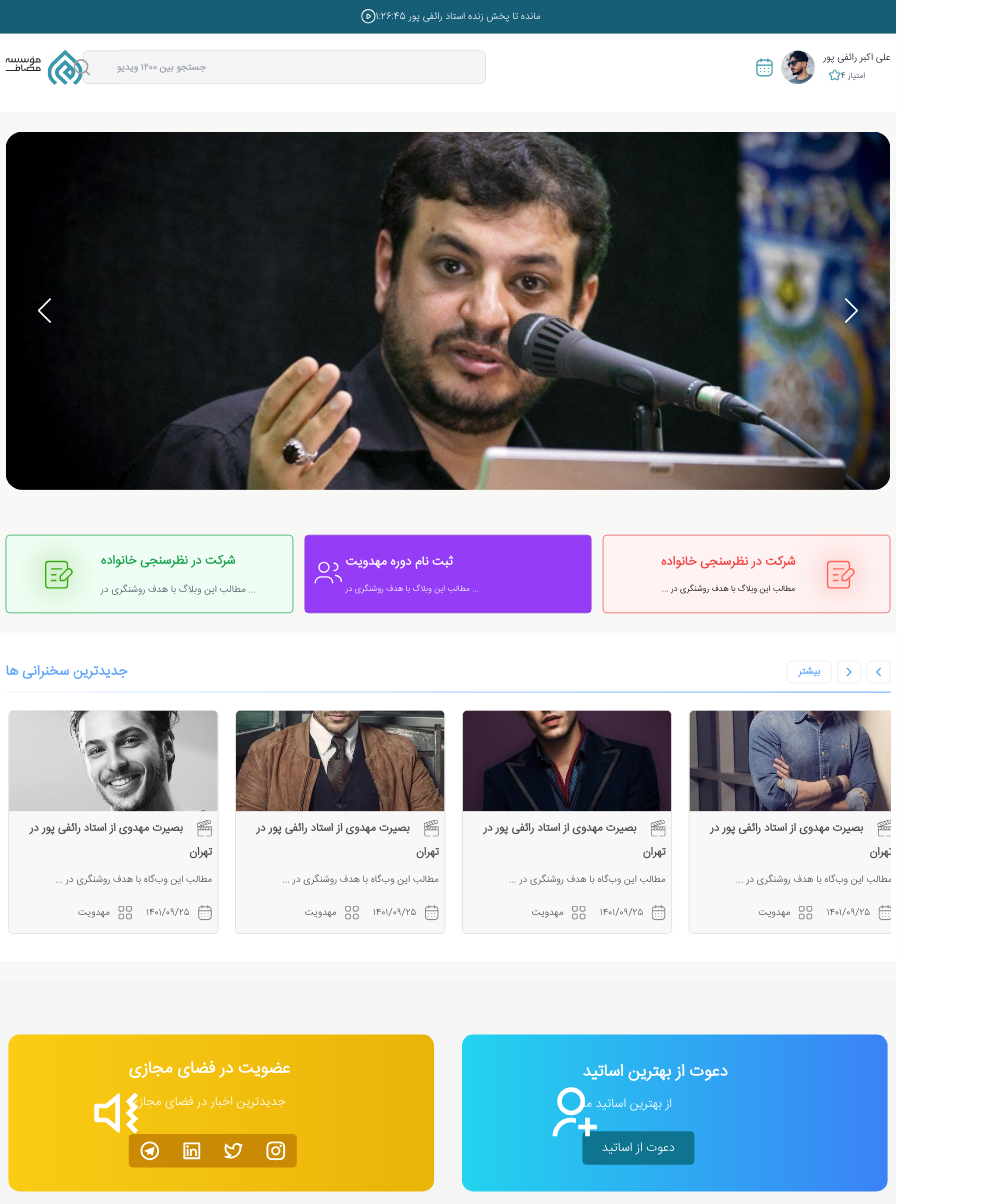
Repository: homan-tehrani/uiUserNative
Page: /
The author's editor kept a copy of each file at every save. The page is drawn from the files as they stood at one save, then again after a run of saves.
The browser window is 1280 px wide. The page is 1432 px wide, so the pictures cover 1432 px, including what lies to the right of the window. The pictures show the part of the page from y = 0 to 1720 px (the page is 5070 px tall before and 5134 px after), at 70% of full size.
The page's requests for data from a server got no answer. The project was rebuilt for these pictures with package versions that can differ from the ones it lists, and the page was loaded fresh each time. The framework's server and built-in components were replaced by stand-ins that run in the browser. No one was signed in, and anything a server would have sent is missing. Also part of the build but not shown: next.config.js, src/components/MenuForUnits.js, src/components/AccordionForUnits.js, src/components/MenuResponsive.js.

Above is the page before, as saved 2023-04-25 02:27:33.

### src/pages/_app.js
import Layoute from 'components/layout/Layoute'
import 'styles/globals.css'

export default function App({ Component, pageProps }) {
  return <Layoute>
    <Component {...pageProps} />
  </Layoute>
}

### src/pages/index.js
import Head from 'next/head';
import Layoute from '../components/layout/Layoute';
import Loading from '../components/loading';
import Slider from '../components/Slider';
import Album1 from '../components/Album1';
import Invitation from '../components/Invitation';
import Album2 from '../components/Album2';
import Description from '../components/Description';
import Album3 from '../components/Album3';
import Suggestion from '../components/Suggestion';
import { useEffect } from 'react';

export default function Home({ datas }) {
  return (
    <>
      <Head>
        <title>خانه</title>
        <meta
          name="description"
          content="Generated by create next app"
        />
        <meta
          name="viewport"
          content="width=device-width, initial-scale=1"
        />
        <link rel="icon" href="/favicon.ico" />
      </Head>
      <main className="bg-[#F8F8F6]">

        <>
          <Slider />
          <Album1 />
          <Invitation />
          <Album2 />
          <Description />
          <Album3 />
          <Suggestion />
        </>

      </main>
    </>
  );
}

// export async function getStaticProps(context){

//   const res = await fetch("https://nativecontent.sirafgroup.com/api/v1/tag/contentByTag/")
//   const data = await res.json(res)
//   console.log(data);

//   if (!data) {
//     return {
//       notFound: true,
//     }
//   }

//   return{
//     props: {

//     }
//   }

// }

### src/components/layout/Layoute.js
import React from "react";
import Header from "./Header";
import Fotter from "./Fotter";
import Speech from "../Speech";

export default function Layoute({ children , datas }) {
  return (
    <>
      <Header  />
      <div>{children}</div>
      <Speech />
      <Fotter datas={datas} />
    </>
  );
}

### src/styles/globals.css
@tailwind base;
@tailwind components;
@tailwind utilities;

@font-face {
    font-family: iransans;
    src: url("../../public/assets/fonts/iransans/irsans-l.woff");
}

html , body{
    font-family: iransans;
  }

.slider-master
.swiper-pagination-bullet{
  width: 14px;
  height: 14px;
  background-color: #3998AC;
}

.slider-master
.swiper-pagination-bullet-active {
  width: 60px;
  border-radius: 60px;
}

### src/components/loading.js
const Loading =()=> {
    return (
      <div className="w-full h-full flex justify-center items-center py-5">
        <svg aria-hidden="true" class="w-12 h-12 text-gray-200 animate-spin dark:text-gray-600 fill-cyan-600" viewBox="0 0 100 101" fill="none" xmlns="http://www.w3.org/2000/svg">
            <path d="M100 50.5908C100 78.2051 77.6142 100.591 50 100.591C22.3858 100.591 0 78.2051 0 50.5908C0 22.9766 22.3858 0.59082 50 0.59082C77.6142 0.59082 100 22.9766 100 50.5908ZM9.08144 50.5908C9.08144 73.1895 27.4013 91.5094 50 91.5094C72.5987 91.5094 90.9186 73.1895 90.9186 50.5908C90.9186 27.9921 72.5987 9.67226 50 9.67226C27.4013 9.67226 9.08144 27.9921 9.08144 50.5908Z" fill="currentColor"/>
            <path d="M93.9676 39.0409C96.393 38.4038 97.8624 35.9116 97.0079 33.5539C95.2932 28.8227 92.871 24.3692 89.8167 20.348C85.8452 15.1192 80.8826 10.7238 75.2124 7.41289C69.5422 4.10194 63.2754 1.94025 56.7698 1.05124C51.7666 0.367541 46.6976 0.446843 41.7345 1.27873C39.2613 1.69328 37.813 4.19778 38.4501 6.62326C39.0873 9.04874 41.5694 10.4717 44.0505 10.1071C47.8511 9.54855 51.7191 9.52689 55.5402 10.0491C60.8642 10.7766 65.9928 12.5457 70.6331 15.2552C75.2735 17.9648 79.3347 21.5619 82.5849 25.841C84.9175 28.9121 86.7997 32.2913 88.1811 35.8758C89.083 38.2158 91.5421 39.6781 93.9676 39.0409Z" fill="currentFill"/>
        </svg>
      </div>
    );
  }

  export default Loading;

### src/components/Slider.js
import React, { useEffect, useState } from "react";
import { Swiper, SwiperSlide } from "swiper/react";
import { Navigation, EffectFade, Pagination, Scrollbar, A11y } from "swiper";
import { useRef } from "react";
import Loading from "./loading";
import ImageProfile from "assets/images/image.jpg";

import "swiper/css";
import "swiper/css/navigation";
import "swiper/css/pagination";
import "swiper/css/scrollbar";
import { sliderPhoto } from "../../src/db.json";
import Survey from "./Survey";

export default function Slider() {
  const [imagesSlider, setImagesSlider] = useState(null);
  const swiperRef = useRef();

  useEffect(() => {
    setImagesSlider(sliderPhoto);
  }, []);

  if (!imagesSlider) {
    return <Loading />;
  }

  return (
    <div className="container mx-auto w-full h-full  py-7 px-2">
      <Swiper
        wrapperClass="w-full"
        modules={[Navigation, Pagination, Scrollbar, A11y, EffectFade, Pagination]}
        spaceBetween="auto"
        loop={true}
        autoplay={{
          delay: 1000,
          disableOnInteraction: false,
        }}
        navigation={{
            nextEl: '.swiper-button-next',
            prevEl: '.swiper-button-prev',
        }}
        onBeforeInit={(swiper) => {
          swiperRef.current = swiper;
        }}
        slidesPerView={1}
        effect="fade"
        className="slider-master max-h-[32rem] min-h-full rounded-3xl overflow-hidden"
      >
        {imagesSlider.map((item) => (
          <SwiperSlide key={item.id} className="w-full h-full">
            <img
              className="w-full h-[32rem] object-cover"
              src="assets/images/image.jpg"
            />
          </SwiperSlide>
        ))}
        <div
          className="swiper-button-prev !text-white mx-8 after:!text-4xl"
        ></div>
        <div
          className="swiper-button-next !text-white mx-8 after:!text-4xl"
        ></div>

      </Swiper>
      <div className="custom-pagination"></div>
      <Survey/>

       </div>

  );
}

### src/components/Speech.js
import React, { useEffect, useState } from "react";
import Loading from "./loading";
import {speech} from "../../src/db.json"

export default function Speech({ datas }) {
  const [imageSpeech, setImageSpeech] = useState(null);
  useEffect(() => {
    setImageSpeech(speech);
  }, []);

  if (!imageSpeech) {
    return <Loading />;
  }
  return (
    <div className="w-full flex justify-center items-center relative ">
      <div className="flex flex-col w-full h-max">
        <div className="flex flex-col w-full ">
          <img
            src={imageSpeech[0].src}
            alt={imageSpeech[0].alt}
            className="w-full h-full object-cover"
          />
        </div>
      </div>
    </div>
  );
}

### src/components/NavBar.js
import React from 'react'
import { useState , useRef , useEffect } from "react";
import Link from 'next/link';
import MenuForUnits from './MenuForUnits';

export default function Navbar() {
  const [showMenuForUnits, setShowMenuForUnits] = useState(false)

  return (
    <>

      <div className="hidden py-4 sticky top-0 bg-white w-full z-50">
        <div className="container lg:flex px-2 mx-auto  justify-between items-center">
        <ul className="flex gap-7">
          <li>
            <Link href="#" className="text-gray-500">
              <svg xmlns="http://www.w3.org/2000/svg" className="fill-current stroke-1" viewBox="0 0 24 24" width="30" height="30"><path fill="none" d="M0 0h24v24H0z" /><path d="M12 9a3 3 0 1 0 0 6 3 3 0 0 0 0-6zm0-2a5 5 0 1 1 0 10 5 5 0 0 1 0-10zm6.5-.25a1.25 1.25 0 0 1-2.5 0 1.25 1.25 0 0 1 2.5 0zM12 4c-2.474 0-2.878.007-4.029.058-.784.037-1.31.142-1.798.332-.434.168-.747.369-1.08.703a2.89 2.89 0 0 0-.704 1.08c-.19.49-.295 1.015-.331 1.798C4.006 9.075 4 9.461 4 12c0 2.474.007 2.878.058 4.029.037.783.142 1.31.331 1.797.17.435.37.748.702 1.08.337.336.65.537 1.08.703.494.191 1.02.297 1.8.333C9.075 19.994 9.461 20 12 20c2.474 0 2.878-.007 4.029-.058.782-.037 1.309-.142 1.797-.331.433-.169.748-.37 1.08-.702.337-.337.538-.65.704-1.08.19-.493.296-1.02.332-1.8.052-1.104.058-1.49.058-4.029 0-2.474-.007-2.878-.058-4.029-.037-.782-.142-1.31-.332-1.798a2.911 2.911 0 0 0-.703-1.08 2.884 2.884 0 0 0-1.08-.704c-.49-.19-1.016-.295-1.798-.331C14.925 4.006 14.539 4 12 4zm0-2c2.717 0 3.056.01 4.122.06 1.065.05 1.79.217 2.428.465.66.254 1.216.598 1.772 1.153a4.908 4.908 0 0 1 1.153 1.772c.247.637.415 1.363.465 2.428.047 1.066.06 1.405.06 4.122 0 2.717-.01 3.056-.06 4.122-.05 1.065-.218 1.79-.465 2.428a4.883 4.883 0 0 1-1.153 1.772 4.915 4.915 0 0 1-1.772 1.153c-.637.247-1.363.415-2.428.465-1.066.047-1.405.06-4.122.06-2.717 0-3.056-.01-4.122-.06-1.065-.05-1.79-.218-2.428-.465a4.89 4.89 0 0 1-1.772-1.153 4.904 4.904 0 0 1-1.153-1.772c-.248-.637-.415-1.363-.465-2.428C2.013 15.056 2 14.717 2 12c0-2.717.01-3.056.06-4.122.05-1.066.217-1.79.465-2.428a4.88 4.88 0 0 1 1.153-1.772A4.897 4.897 0 0 1 5.45 2.525c.638-.248 1.362-.415 2.428-.465C8.944 2.013 9.283 2 12 2z" /></svg>
            </Link>
          </li>
          <li>
            <Link href="#" className="text-gray-500">
            <svg xmlns="http://www.w3.org/2000/svg" className="fill-current stroke-1" viewBox="0 0 24 24" width="30" height="30"><path fill="none" d="M0 0h24v24H0z" /><path d="M15.3 5.55a2.9 2.9 0 0 0-2.9 2.847l-.028 1.575a.6.6 0 0 1-.68.583l-1.561-.212c-2.054-.28-4.022-1.226-5.91-2.799-.598 3.31.57 5.603 3.383 7.372l1.747 1.098a.6.6 0 0 1 .034.993L7.793 18.17c.947.059 1.846.017 2.592-.131 4.718-.942 7.855-4.492 7.855-10.348 0-.478-1.012-2.141-2.94-2.141zm-4.9 2.81a4.9 4.9 0 0 1 8.385-3.355c.711-.005 1.316.175 2.669-.645-.335 1.64-.5 2.352-1.214 3.331 0 7.642-4.697 11.358-9.463 12.309-3.268.652-8.02-.419-9.382-1.841.694-.054 3.514-.357 5.144-1.55C5.16 15.7-.329 12.47 3.278 3.786c1.693 1.977 3.41 3.323 5.15 4.037 1.158.475 1.442.465 1.973.538z" /></svg>
            </Link>
          </li>
          <li>
            <Link href="#" className="text-gray-500">
            <svg xmlns="http://www.w3.org/2000/svg" className="fill-current stroke-1" viewBox="0 0 24 24" width="30" height="30"><path fill="none" d="M0 0h24v24H0z" /><path d="M4 3h16a1 1 0 0 1 1 1v16a1 1 0 0 1-1 1H4a1 1 0 0 1-1-1V4a1 1 0 0 1 1-1zm1 2v14h14V5H5zm2.5 4a1.5 1.5 0 1 1 0-3 1.5 1.5 0 0 1 0 3zm-1 1h2v7.5h-2V10zm5.5.43c.584-.565 1.266-.93 2-.93 2.071 0 3.5 1.679 3.5 3.75v4.25h-2v-4.25a1.75 1.75 0 0 0-3.5 0v4.25h-2V10h2v.43z" /></svg>
            </Link>
          </li>
          <li>
            <Link href="#" className="text-gray-500">
            <svg xmlns="http://www.w3.org/2000/svg" className="fill-current stroke-1" viewBox="0 0 24 24" width="30" height="30"><path fill="none" d="M0 0h24v24H0z" /><path d="M12 20a8 8 0 1 0 0-16 8 8 0 0 0 0 16zm0 2C6.477 22 2 17.523 2 12S6.477 2 12 2s10 4.477 10 10-4.477 10-10 10zm-3.11-8.83l-2.498-.779c-.54-.165-.543-.537.121-.804l9.733-3.76c.565-.23.885.061.702.79l-1.657 7.82c-.116.557-.451.69-.916.433l-2.551-1.888-1.189 1.148c-.122.118-.221.219-.409.244-.187.026-.341-.03-.454-.34l-.87-2.871-.012.008z" /></svg>
            </Link>
          </li>
        </ul>
        <ul className="flex items-center gap-5">
          <li onClick={() => setShowMenuForUnits(prev => !prev)}>
            <button className="space-x-3 space-x-reverse">
              <svg width="20" height="20" className="inline" viewBox="0 0 20 20" fill="none" xmlns="http://www.w3.org/2000/svg">
                <path fill-rule="evenodd" clip-rule="evenodd" d="M4.25 11C8.319 11 8.5 12.38 8.5 15.25C8.5 16.688 8.5 17.711 7.896 18.46C7.201 19.323 5.936 19.5 4.25 19.5C2.564 19.5 1.299 19.323 0.604 18.46C0 17.711 0 16.689 0 15.275L0.75 15.25H0C0 12.38 0.181 11 4.25 11ZM15.25 11C19.319 11 19.5 12.38 19.5 15.25C19.5 16.688 19.5 17.711 18.896 18.46C18.201 19.323 16.936 19.5 15.25 19.5C13.564 19.5 12.299 19.323 11.604 18.46C11 17.711 11 16.689 11 15.275L11.75 15.25H11C11 12.38 11.181 11 15.25 11ZM4.45616 12.5004L4.25 12.5C1.64103 12.5 1.50723 12.6872 1.50037 14.8771L1.50079 15.7302C1.50553 16.6011 1.53871 17.2303 1.771 17.52C2.036 17.848 2.823 18 4.25 18C5.677 18 6.464 17.847 6.729 17.519C7 17.182 7 16.382 7 15.274C7 12.7738 7 12.5122 4.45616 12.5004ZM15.4562 12.5004L15.25 12.5C12.641 12.5 12.5072 12.6872 12.5004 14.8771L12.5008 15.7302C12.5055 16.6011 12.5387 17.2303 12.771 17.52C13.036 17.848 13.823 18 15.25 18C16.677 18 17.464 17.847 17.729 17.519C18 17.182 18 16.382 18 15.274C18 12.7738 18 12.5122 15.4562 12.5004ZM4.25 0C8.319 0 8.5 1.38 8.5 4.25C8.5 5.688 8.5 6.711 7.896 7.46C7.201 8.323 5.936 8.5 4.25 8.5C2.564 8.5 1.299 8.323 0.604 7.46C0 6.711 0 5.689 0 4.275L0.75 4.25H0C0 1.38 0.181 0 4.25 0ZM15.25 0C19.319 0 19.5 1.38 19.5 4.25C19.5 5.688 19.5 6.711 18.896 7.46C18.201 8.323 16.936 8.5 15.25 8.5C13.564 8.5 12.299 8.323 11.604 7.46C11 6.711 11 5.689 11 4.275L11.75 4.25H11C11 1.38 11.181 0 15.25 0ZM4.45616 1.50045L4.25 1.5C1.64103 1.5 1.50723 1.68721 1.50037 3.87705L1.50079 4.73018C1.50553 5.60114 1.53871 6.23029 1.771 6.52C2.036 6.848 2.823 7 4.25 7C5.677 7 6.464 6.847 6.729 6.519C7 6.182 7 5.382 7 4.274C7 1.7738 7 1.51222 4.45616 1.50045ZM15.4562 1.50045L15.25 1.5C12.641 1.5 12.5072 1.68721 12.5004 3.87705L12.5008 4.73018C12.5055 5.60114 12.5387 6.23029 12.771 6.52C13.036 6.848 13.823 7 15.25 7C16.677 7 17.464 6.847 17.729 6.519C18 6.182 18 5.382 18 4.274C18 1.7738 18 1.51222 15.4562 1.50045Z" fill="#282828" />
              </svg>
              <span className="font-bold">
              واحد ها
              </span>
              <svg width="10" height="6" className="inline" viewBox="0 0 10 6" fill="none" xmlns="http://www.w3.org/2000/svg">
                <path d="M0.607633 0.649137C0.762955 0.493815 1.00601 0.479695 1.17728 0.606776L1.22635 0.649137L5.00033 4.42291L8.7743 0.649137C8.92962 0.493815 9.17268 0.479695 9.34395 0.606776L9.39302 0.649137C9.54834 0.804459 9.56246 1.04751 9.43538 1.21879L9.39302 1.26786L5.30969 5.35119C5.15436 5.50651 4.91131 5.52063 4.74004 5.39355L4.69097 5.35119L0.607633 1.26786C0.436779 1.097 0.436779 0.819991 0.607633 0.649137Z" fill="#282828"/>
              </svg>
            </button>
          </li>
          <svg width="1" height="32" viewBox="0 0 1 32" fill="none" xmlns="http://www.w3.org/2000/svg">
            <line opacity="0.32" x1="0.5" y1="0.5" x2="0.499999" y2="31.5" stroke="#545656" stroke-linecap="round"/>
          </svg>
          <li>
            <Link href="/multimedia" className="text-sm font-normal">
              <svg width="18" height="22" className="inline ml-2" viewBox="0 0 18 22" fill="none" xmlns="http://www.w3.org/2000/svg">
                <path fill-rule="evenodd" clip-rule="evenodd" d="M16.75 8.8009C17.164 8.8009 17.5 9.1369 17.5 9.5509C17.5 14.1431 13.9754 17.9235 9.50031 18.3069L9.5 20.75C9.5 21.164 9.164 21.5 8.75 21.5C8.336 21.5 8 21.164 8 20.75L8.00069 18.307C3.52514 17.924 0 14.1434 0 9.5509C0 9.1369 0.336 8.8009 0.75 8.8009C1.164 8.8009 1.5 9.1369 1.5 9.5509C1.5 13.5689 4.752 16.8389 8.75 16.8389C12.748 16.8389 16 13.5689 16 9.5509C16 9.1369 16.336 8.8009 16.75 8.8009ZM8.75 0C11.403 0 13.561 2.167 13.561 4.831V9.519C13.561 12.182 11.403 14.349 8.75 14.349C6.097 14.349 3.938 12.182 3.938 9.519V4.831C3.938 2.167 6.097 0 8.75 0ZM8.75 1.5C6.924 1.5 5.438 2.994 5.438 4.831V9.519C5.438 11.354 6.924 12.849 8.75 12.849C10.551 12.849 12.0203 11.3946 12.0602 9.59413L9.8205 9.5938C9.4065 9.5938 9.0705 9.2578 9.0705 8.8438C9.0705 8.4298 9.4065 8.0938 9.8205 8.0938L12.06 8.093V6.255L10.8186 6.2559C10.4046 6.2559 10.0686 5.9199 10.0686 5.5059C10.0686 5.0919 10.4046 4.7559 10.8186 4.7559L12.058 4.755L12.0557 4.64224C11.9582 2.89274 10.513 1.5 8.75 1.5Z" fill="#282828" />
              </svg>
              پنل چند رسانه ای
            </Link>
          </li>
          <li>
            <Link href="/multimedia" className="text-sm font-normal">
              <svg width="21" height="21" viewBox="0 0 21 21" className="inline ml-2" fill="none" xmlns="http://www.w3.org/2000/svg">
                <path fill-rule="evenodd" clip-rule="evenodd" d="M10.25 0C15.902 0 20.5 4.598 20.5 10.25C20.5 15.902 15.902 20.5 10.25 20.5C4.598 20.5 0 15.902 0 10.25C0 4.598 4.598 0 10.25 0ZM10.25 1.5C5.425 1.5 1.5 5.425 1.5 10.25C1.5 15.075 5.425 19 10.25 19C15.075 19 19 15.075 19 10.25C19 5.425 15.075 1.5 10.25 1.5ZM9.8308 6.7614C10.3508 6.9784 13.9998 8.8474 13.9998 10.2454C13.9998 11.5554 10.7158 13.3874 9.8768 13.7374C9.5498 13.8734 9.1768 14.0014 8.8278 14.0014C8.5578 14.0014 8.3018 13.9244 8.0928 13.7164C7.9318 13.5574 7.5018 13.1324 7.4998 10.3334C7.4988 7.3614 7.9458 6.9194 8.0928 6.7724C8.6158 6.2544 9.4678 6.6094 9.8308 6.7614ZM9.1338 8.0864C8.9568 9.0874 8.9538 11.4784 9.1308 12.4284C10.0088 12.1184 11.9108 10.8684 12.4228 10.2494C11.9128 9.6484 10.0348 8.4244 9.1338 8.0864Z" fill="#282828" />
              </svg>

              آرشیو کلیپ ها
            </Link>
          </li>
          <li>
            <Link href="/multimedia" className="text-sm font-normal">
              <svg width="20" height="20" viewBox="0 0 20 20" className="inline ml-2" fill="none" xmlns="http://www.w3.org/2000/svg">
                <path fill-rule="evenodd" clip-rule="evenodd" d="M14.302 0C15.91 0 17.297 0.537 18.312 1.554C19.373 2.616 19.955 4.161 19.953 5.905L19.9545 12.9014C19.9562 12.9283 19.9565 12.9553 19.9554 12.9822L19.953 14.05C19.953 17.581 17.68 19.954 14.297 19.954H5.651C2.271 19.954 0 17.581 0 14.05V5.904C0 2.373 2.271 0 5.651 0H14.302ZM14.5786 10.8323C13.9906 10.8323 13.3006 11.8053 12.6896 12.6643C11.8516 13.8443 10.9846 15.0653 9.6786 15.0653C8.7956 15.0653 7.9866 14.7253 7.2736 14.4243C6.1396 13.9463 5.6256 13.7933 5.1226 14.2073C4.1157 15.037 3.12078 16.5479 2.66363 17.2914C3.38518 18.0354 4.41016 18.454 5.651 18.454H14.297C16.822 18.454 18.453 16.726 18.453 14.05L18.453 13.251L18.4299 13.2267C17.5545 12.3248 16.0429 10.8323 14.5786 10.8323ZM14.302 1.5H5.651C3.13 1.5 1.5 3.229 1.5 5.904V14.05C1.5 14.7186 1.60175 15.328 1.79372 15.8661C2.37241 14.9923 3.24639 13.8094 4.1696 13.0493C5.4216 12.0193 6.7696 12.5853 7.8556 13.0423C8.4946 13.3113 9.0986 13.5653 9.6786 13.5653C10.2106 13.5653 10.8776 12.6253 11.4676 11.7963C12.2866 10.6403 13.2166 9.3323 14.5786 9.3323C16.0733 9.3323 17.4271 10.2509 18.4541 11.1624L18.453 5.904C18.455 4.541 18.039 3.403 17.251 2.614C16.523 1.885 15.504 1.5 14.302 1.5ZM6.857 4.1895C8.288 4.1905 9.452 5.3545 9.453 6.7845V6.7855C9.453 8.2165 8.289 9.3805 6.857 9.3805C5.425 9.3805 4.261 8.2165 4.261 6.7855C4.261 5.3535 5.425 4.1895 6.857 4.1895ZM6.856 5.6895C6.252 5.6895 5.761 6.1805 5.761 6.7855C5.761 7.3895 6.252 7.8805 6.857 7.8805C7.461 7.8805 7.953 7.3895 7.953 6.7865C7.952 6.1815 7.46 5.6905 6.856 5.6895Z" fill="#282828" />
              </svg>
              گالری تصاویر
            </Link>
          </li>
          <li>
            <Link href="/multimedia" className="text-sm font-normal">
              <svg width="20" height="19" viewBox="0 0 20 19" className="inline ml-2" fill="none" xmlns="http://www.w3.org/2000/svg">
                <path fill-rule="evenodd" clip-rule="evenodd" d="M9.99984 0.996582C5.02777 0.996582 0.996094 4.35666 0.996094 8.49681C1.07125 10.9951 2.4491 13.2717 4.62761 14.497C4.41121 15.085 4.11031 15.6384 3.73437 16.1398C3.52688 16.4427 3.53201 16.8433 3.7472 17.1409C3.96238 17.4384 4.34125 17.5687 4.69393 17.4665C5.89676 17.1163 7.02892 16.558 8.03903 15.817C8.68556 15.9382 9.34205 15.9985 9.99984 15.997C14.9719 15.997 19.0036 12.6369 19.0036 8.49681C19.0036 4.35667 14.9719 0.996582 9.99984 0.996582Z" stroke="#282828" stroke-width="1.5" stroke-linecap="round" stroke-linejoin="round" />
              </svg>
              فضای مجازی
            </Link>
          </li>
        </ul>
        {showMenuForUnits && <MenuForUnits sesetShowMenuForUnits={setShowMenuForUnits} />}
        </div>
      </div>
    </>
  )
}

### tailwind.config.js
/** @type {import('tailwindcss').Config} */
module.exports = {
  content: [
    "./app/**/*.{js,ts,jsx,tsx}",
    "./pages/**/*.{js,ts,jsx,tsx}",
    "./components/**/*.{js,ts,jsx,tsx}",

    // Or if using `src` directory:
    "./src/**/*.{js,ts,jsx,tsx}",
  ],
  theme: {
    extend: {
      screens:{
        'xs':{'max':'430px'},
      },
      spacing: {
        '148': '37rem',
        '120':'36rem',
        '152':'42rem',
        '90':'25rem',
        '98':'28rem',
        '100':'30rem',
        '110':'33rem',
        'ppx':'0.5px',
        '400px': '400px',
        '300px':'300px',
        '1200px':'1200px',
        '370px':'370px',
        '305px':'305px',
        '282px':'282px'
      },
      fontSize:{
        tsm:['13px','19px'],
        ssm:['12px','18px'],
        xsm:['11px','17px'],
        xxsm:['10px','16px'],
        xxxsm:['8px','12px'],
      },
    },
  },
  plugins: [],
}

Loaded but not shown: src/components/Description.js (library); src/db.json (58 lines, source omitted); src/components/layout/Header.js (172 lines, source omitted); src/components/layout/Fotter.js (133 lines, source omitted); src/components/Album1.js (130 lines, source omitted); src/components/Invitation.js (47 lines, source omitted); src/components/Survey.js (87 lines, source omitted); src/components/Album3.js (128 lines, source omitted); src/components/Suggestion.js (107 lines, source omitted); src/components/Album2.js (86 lines, source omitted); src/components/MorSpeech.js (36 lines, source omitted)

After the next 3 saves:
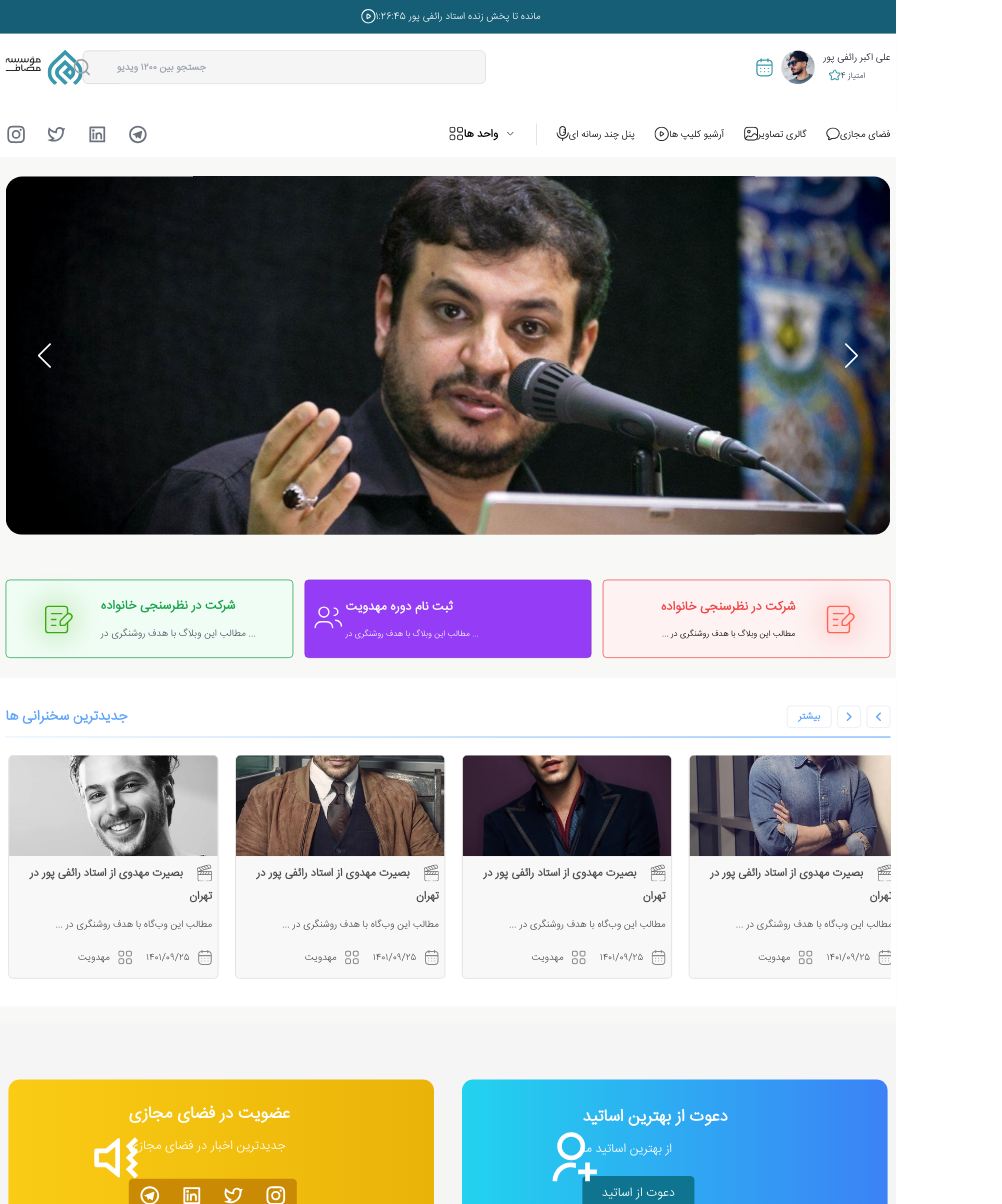
The 3 saves are shown as one change because they came seconds apart.
The last was saved 20 s later.
--- a/src/components/NavBar.js
+++ b/src/components/NavBar.js
@@ -9,8 +9,8 @@ export default function Navbar() {
   return (
     <>
 
-      <div className="hidden py-4 sticky top-0 bg-white w-full z-50">
-        <div className="container lg:flex px-2 mx-auto  justify-between items-center">
+      <div className="py-4 sticky top-0 bg-white w-full z-50">
+        <div className="container flex px-2 mx-auto justify-between items-center">
         <ul className="flex gap-7">
           <li>
             <Link href="#" className="text-gray-500">
